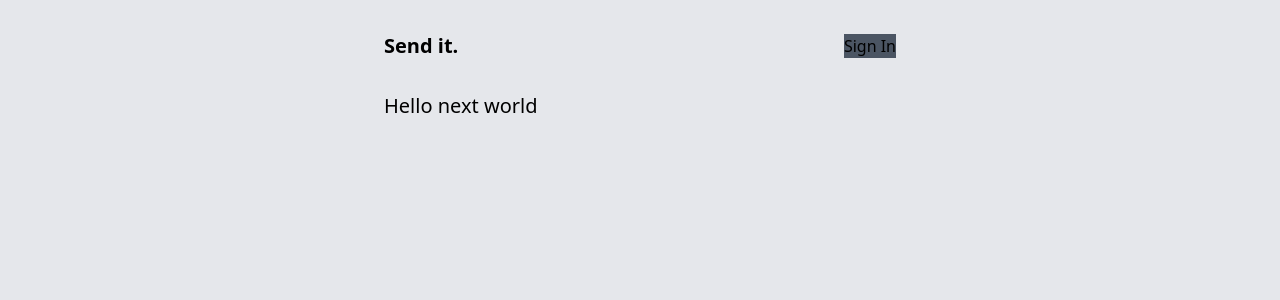
Repository: AMT98/SEND-IT
Page: /
An editor plug-in stored every save of this project. The page is shown before and after the next save, followed by the edit.
The browser window is 1280 px wide. The pictures show the whole page.
The project was rebuilt for these pictures with package versions that can differ from the ones it lists, and the page was loaded fresh each time. The framework's server and built-in components were replaced by stand-ins that run in the browser. Also part of the build but not shown: next.config.js.

Above is the page before, as saved 2023-02-14 11:40:08.

### app/layout.jsx
import Nav from "./auth/Nav";
import "./globals.css";
import { Roboto } from "@next/font/google";
const roboto = Roboto ({
  subsets: ["latin"],
  weight: ['400', "700"],
  variable: "--font-roboto"
})
export default function RootLayout({ children }) {
  return (
    <html lang="en">
      {/*
        <head /> will contain the components returned by the nearest parent
        head.tsx. Find out more at https://beta.nextjs.org/docs/api-reference/file-conventions/head
      */}
      <head />
      <body className={`mx-4 md:mx-48 xl:mx-96 ${roboto.variable} bg-gray-200`}>
        <Nav />
        {children}
      </body>
    </html>
  );
}

### app/page.tsx
export default function Home() {
  return (
    <main>
      <h1 className="text-xl">Hello next world</h1>
    </main>
  );
}

### app/auth/Nav.tsx
import Link from "next/link";
import Login from "./Login";

const Nav = async () => {
  return (
    <nav className="flex justify-between items-center py-8">
      <Link href={"/"}>
        <h1 className="font-bold text-xl">Send it.</h1>
      </Link>
      <ul className="flex items-center gap-6">
        <Login />
      </ul>
    </nav>
  );
};

export default Nav;

### app/globals.css
@tailwind base;
@tailwind components;
@tailwind utilities;

:root {
  --max-width: 1100px;
  --border-radius: 12px;
  --font-mono: ui-monospace, Menlo, Monaco, 'Cascadia Mono', 'Segoe UI Mono',
    'Roboto Mono', 'Oxygen Mono', 'Ubuntu Monospace', 'Source Code Pro',
    'Fira Mono', 'Droid Sans Mono', 'Courier New', monospace;

  --foreground-rgb: 0, 0, 0;
  --background-start-rgb: 214, 219, 220;
  --background-end-rgb: 255, 255, 255;

  --primary-glow: conic-gradient(
    from 180deg at 50% 50%,
    #16abff33 0deg,
    #0885ff33 55deg,
    #54d6ff33 120deg,
    #0071ff33 160deg,
    transparent 360deg
  );
  --secondary-glow: radial-gradient(
    rgba(255, 255, 255, 1),
    rgba(255, 255, 255, 0)
  );

  --tile-start-rgb: 239, 245, 249;
  --tile-end-rgb: 228, 232, 233;
  --tile-border: conic-gradient(
    #00000080,
    #00000040,
    #00000030,
    #00000020,
    #00000010,
    #00000010,
    #00000080
  );

  --callout-rgb: 238, 240, 241;
  --callout-border-rgb: 172, 175, 176;
  --card-rgb: 180, 185, 188;
  --card-border-rgb: 131, 134, 135;
}

@media (prefers-color-scheme: dark) {
  :root {
    --foreground-rgb: 255, 255, 255;
    --background-start-rgb: 0, 0, 0;
    --background-end-rgb: 0, 0, 0;

    --primary-glow: radial-gradient(rgba(1, 65, 255, 0.4), rgba(1, 65, 255, 0));
    --secondary-glow: linear-gradient(
      to bottom right,
      rgba(1, 65, 255, 0),
      rgba(1, 65, 255, 0),
      rgba(1, 65, 255, 0.3)
    );

    --tile-start-rgb: 2, 13, 46;
    --tile-end-rgb: 2, 5, 19;
    --tile-border: conic-gradient(
      #ffffff80,
      #ffffff40,
      #ffffff30,
      #ffffff20,
      #ffffff10,
      #ffffff10,
      #ffffff80
    );

    --callout-rgb: 20, 20, 20;
    --callout-border-rgb: 108, 108, 108;
    --card-rgb: 100, 100, 100;
    --card-border-rgb: 200, 200, 200;
  }
}

* {
  box-sizing: border-box;
  padding: 0;
  margin: 0;
}

html,
body {
  max-width: 100vw;
  overflow-x: hidden;
}

### app/auth/Login.tsx
"use client";
import { signIn } from "next-auth/react";

export default function Login() {
  return (
    <li className="list-none">
      <button onClick={() => signIn()} className="text-md bg-gray-600">
        Sign In
      </button>
    </li>
  );
}

Loaded but not shown: tailwind.config.js (common file)

After the next save:
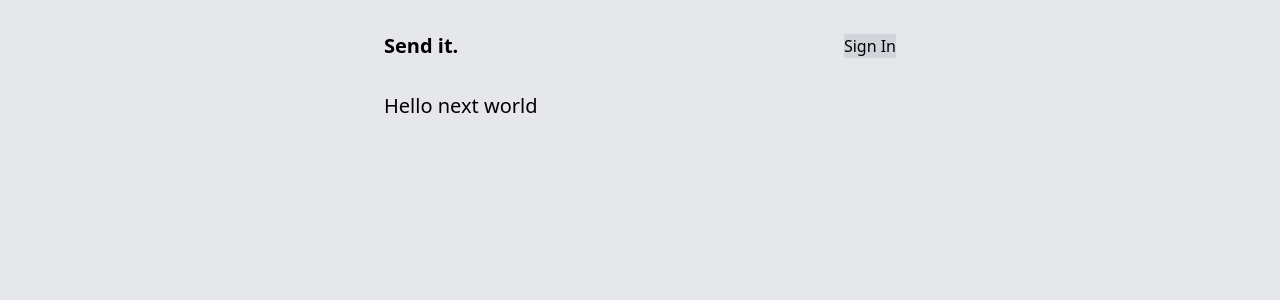
Saved 4 s later.
--- a/app/auth/Login.tsx
+++ b/app/auth/Login.tsx
@@ -4,7 +4,7 @@ import { signIn } from "next-auth/react";
 export default function Login() {
   return (
     <li className="list-none">
-      <button onClick={() => signIn()} className="text-md bg-gray-600">
+      <button onClick={() => signIn()} className="text-md bg-gray-300">
         Sign In
       </button>
     </li>
